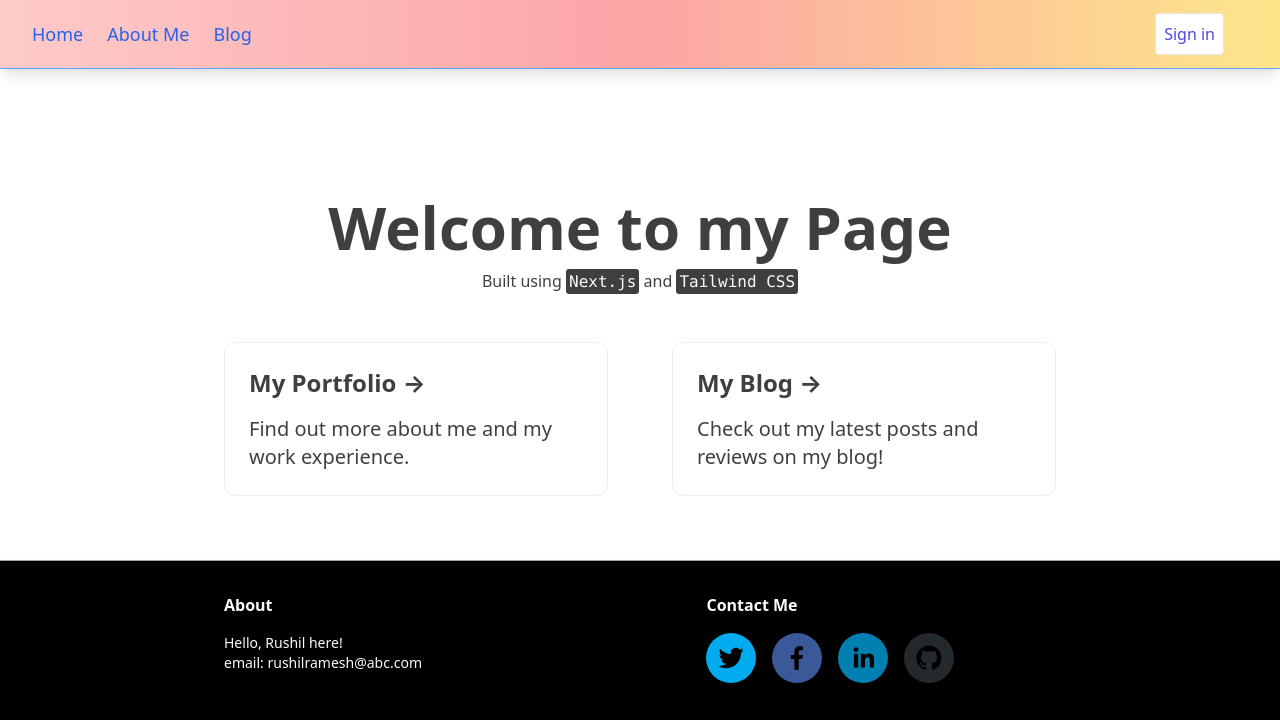
Repository: rushilramesh/portfolio-page
Page: /
The author's editor kept a copy of each file at every save. The page is drawn from the files as they stood at one save, then again after the next save.
The browser window is 1280 px wide. The pictures show the whole page.
The page's requests for data from a server got no answer. The project was rebuilt for these pictures with package versions that can differ from the ones it lists, and the page was loaded fresh each time. The framework's server and built-in components were replaced by stand-ins that run in the browser. No one was signed in, and anything a server would have sent is missing. Also part of the build but not shown: next.config.js.

Above is the page before, as saved 2021-05-24 12:46:53.

### pages/_app.tsx
import { AppProps } from 'next/dist/next-server/lib/router/router';
import '../styles/globals.css'
import { Provider } from 'next-auth/client';


function MyApp({ Component, pageProps } : AppProps) {

  return (
    <Provider session={pageProps.session}>
      <Component {...pageProps} />
    </Provider>
  )

}

export default MyApp

### pages/index.tsx
import Head from 'next/head'
import Image from 'next/image'
import Link from 'next/link'
import Layout from '../components/Layout'
import utilStyles from '../styles/utils.module.css'
import firebaseClient from '../lib/firbaseClient'
import { useAuth } from '../lib/auth'


export default function Home() {

  return (


    <Layout home>
      <Head>
        <title>Personal Portfolio</title>
      </Head>
        <div className="container mx-auto  flex flex-col items-center justify-center w-full mt-32 flex-1 px-20 text-center opacity-75" >

          <h1 className="text-6xl font-bold">
            Welcome to my Page
          </h1>

          <p className="mt-3">
            Built using <code> Next.js</code> and <code>Tailwind CSS</code>
          </p>


          <div className="flex flex-wrap items-center justify-around max-w-4xl mt-6 sm:w-full">
            <Link href="./about">
              <a className="p-6 mt-6 text-left border w-96 rounded-xl hover:bg-indigo-200 focus:text-blue-600">
                <h3 className="text-2xl font-bold">My Portfolio &rarr;</h3>
                <p className="mt-4 text-xl">
                  Find out more about me and my work experience.
                </p>
              </a>
            </Link>

            <Link href="./blog">
              <a className="p-6 mt-6 text-left border w-96 rounded-xl hover:bg-red-200 focus:text-blue-600">
                <h3 className="text-2xl font-bold">My Blog &rarr;</h3>
                <p className="mt-4 text-xl">
                  Check out my latest posts and reviews on my blog!
                </p>
              </a>
            </Link>
          </div>
        </div>

    </Layout>

  )
}

### styles/globals.css
@tailwind base;
@tailwind components;
@tailwind utilities;

code {
    background-color: black;
    color: #f8f8f2;
    padding: 3px;
    border-radius: 3px;
}

### components/Layout.tsx
import Nav from './Nav'
import utilStyles from '../styles/utils.module.css'
import Link from 'next/link'
import { SocialIcon } from 'react-social-icons';

const Layout = ({children, home} : {children: React.ReactNode, home?: boolean, }) => {
    return (
        <div className="flex flex-col width-screen h-screen" >
            <header>
                <Nav />
            </header>
            <div className="container mx-auto mb-488 text-center">
                <main>{children}</main>
            </div>

            <footer  className= {(home) ? " fixed bottom-0 bg-black border-t w-full border-gray-400 shadow text-gray-50 h-40" : "  bg-black border-t border-gray-400 shadow text-gray-50 "}>
            <div className="container max-w-4xl mx-auto flex py-8 ">
                <div className="flex w-full md:w-7/12 ">
                    <div className="px-8">
                        <h3 className="font-bold text-gray-50">About</h3>
                        <p className="py-4 text-gray-50 text-sm">
                            Hello, Rushil here!
                            <br/>
                            email: rushilramesh@abc.com
                        </p>
                    </div>
				</div>

                <div className="flex w-full md:w-1/2 ">
					<div className="px-8">
						<h3 className="font-bold -mb-4 text-gray-50">Contact Me</h3>
						<div className="container justify-center inline-flex mt-8 space-x-4 ">
                            <a href='https://twitter.com/?lang=en'><SocialIcon network="twitter" /></a>
                            <a href='https://www.facebook.com/'><SocialIcon network="facebook" /></a>
                            <a href='https://www.linkedin.com/in/rushil-ramesh-2a8404209/'><SocialIcon network="linkedin" /></a>
                            <a href='https://github.com/rushilramesh'><SocialIcon network="github" /></a>
                        </div>
					</div>
				</div>
            </div>
        </footer>
        </div>
    )
}

export default Layout;

### components/Nav.tsx
/* This example requires Tailwind CSS v2.0+ */
import Link from 'next/link'
import Image from 'next/dist/client/image'
import router, { useRouter } from 'next/router'
import { signIn, signOut, useSession} from 'next-auth/client'


const navs = [
   {name: 'Home', href: '/'},
   {name: 'About Me', href: 'http://localhost:3000/about'},
   {name: 'Blog', href: 'http://localhost:3000/blog'}
]


export default function Nav() {
   const [session, loading] = useSession()

   if (loading) {
      return <h1></h1>
   }

   return (
      <nav id="header" className="w-full z-30 top-10 py-1 bg-gradient-to-r from-red-200 via-red-300 to-yellow-200 shadow-lg border-b border-blue-400 mt-15">
         <div className="w-full flex items-center justify-between mt-0 px-6 py-2">
         <label  className="cursor-pointer md:hidden block">
            <svg className="fill-current text-blue-600" xmlns="http://www.w3.org/2000/svg" width="20" height="20" viewBox="0 0 20 20">
               <title>menu</title>
               <path d="M0 3h20v2H0V3zm0 6h20v2H0V9zm0 6h20v2H0v-2z"></path>
            </svg>
         </label>
         <input className="hidden" type="checkbox" id="menu-toggle"/>

         <div className="hidden md:flex md:items-center md:w-auto w-full order-3 md:order-1" id="menu">
            <nav>
               <ul className="md:flex items-center justify-between text-base text-blue-600 pt-4 md:pt-0">
                  {navs.map((item) => (
                  <li key={item.name} >
                     <Link href={item.href}>
                        <a className="inline-block no-underline hover:text-black font-medium text-lg py-2 px-4 lg:-ml-2" >{item.name}</a>
                     </Link>
                  </li>))}
               </ul>
            </nav>
         </div>

         <div className="order-2 md:order-3 flex flex-wrap items-center justify-end mr-0 md:mr-4" id="nav-content">
            <div className="auth flex space-x-4 items-center w-full md:w-full">
               { session && (
                  <Image src="/images/displayPhoto.jpeg" alt="DP" width={30} height ={30} className="rounded-full"/>
               )}
               <button className="bg-white text-indigo-600 p-2 rounded border mr-4 hover:bg-gray-100 hover:text-indigo-700">
                  {session ? (
                        <button onClick={e => {
                           e.preventDefault()
                           signOut()
                           router.push('/')
                        }}>Sign Out</button>
                        ) : (
                        <button onClick={e => {
                           e.preventDefault()
                           signIn("Credentials")
                        }}>Sign in</button>
                     )
                  }
               </button>
            </div>
         </div>
         </div>
      </nav>
  )
}

### tailwind.config.js
module.exports = {

  purge: ['./pages/**/*.{js,ts,jsx,tsx}', './components/**/*.{js,ts,jsx,tsx}'],
  darkMode: false, // or 'media' or 'class'
  theme: {
    extend: {
      backgroundImage: theme => ({
        'main-background': "url('/images/background-photo.jpeg')",
      })
    },
  },
  variants: {
    extend: {
      justifyItems: ['hover', 'focus'],
    },
  },
  plugins: [],
}

After the next save:
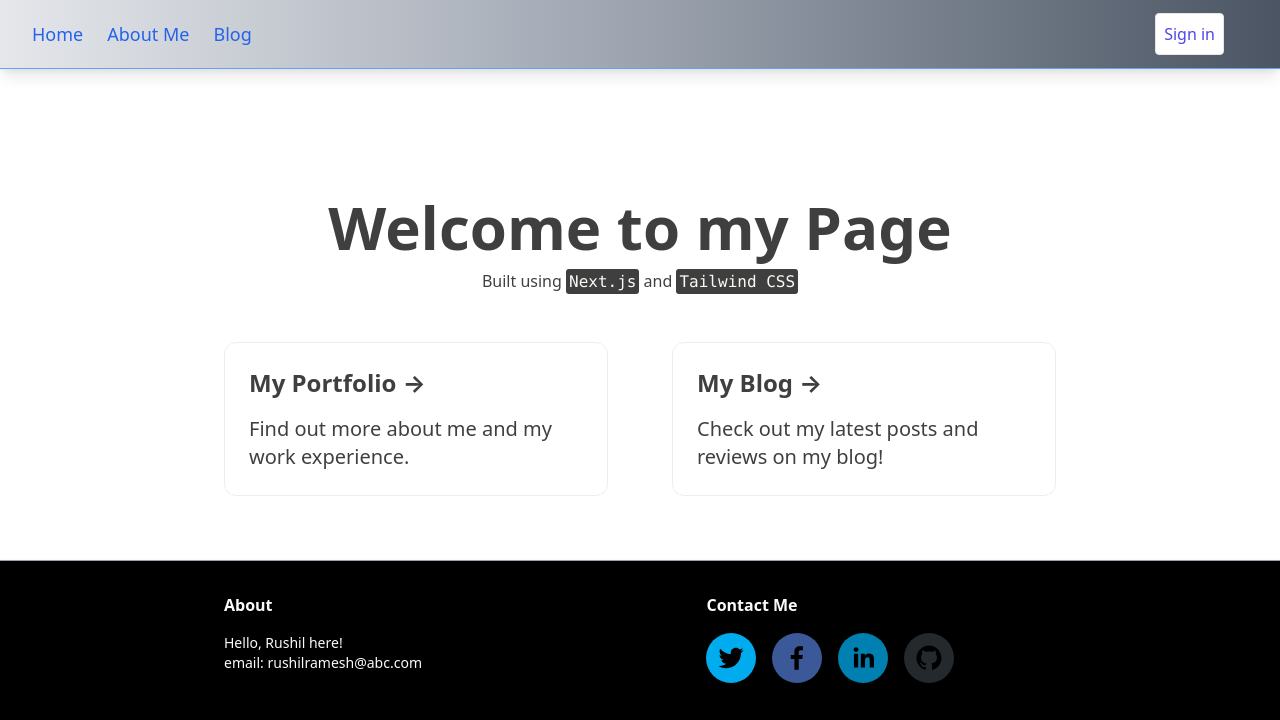
Saved 21 s later.
--- a/components/Nav.tsx
+++ b/components/Nav.tsx
@@ -20,7 +20,7 @@ export default function Nav() {
    }
 
    return (
-      <nav id="header" className="w-full z-30 top-10 py-1 bg-gradient-to-r from-red-200 via-red-300 to-yellow-200 shadow-lg border-b border-blue-400 mt-15">
+      <nav id="header" className="w-full z-30 top-10 py-1 bg-gradient-to-r from-gray-200 via-gray-400 to-gray-600 shadow-lg border-b border-blue-400 mt-15">
          <div className="w-full flex items-center justify-between mt-0 px-6 py-2">
          <label  className="cursor-pointer md:hidden block">
             <svg className="fill-current text-blue-600" xmlns="http://www.w3.org/2000/svg" width="20" height="20" viewBox="0 0 20 20">
